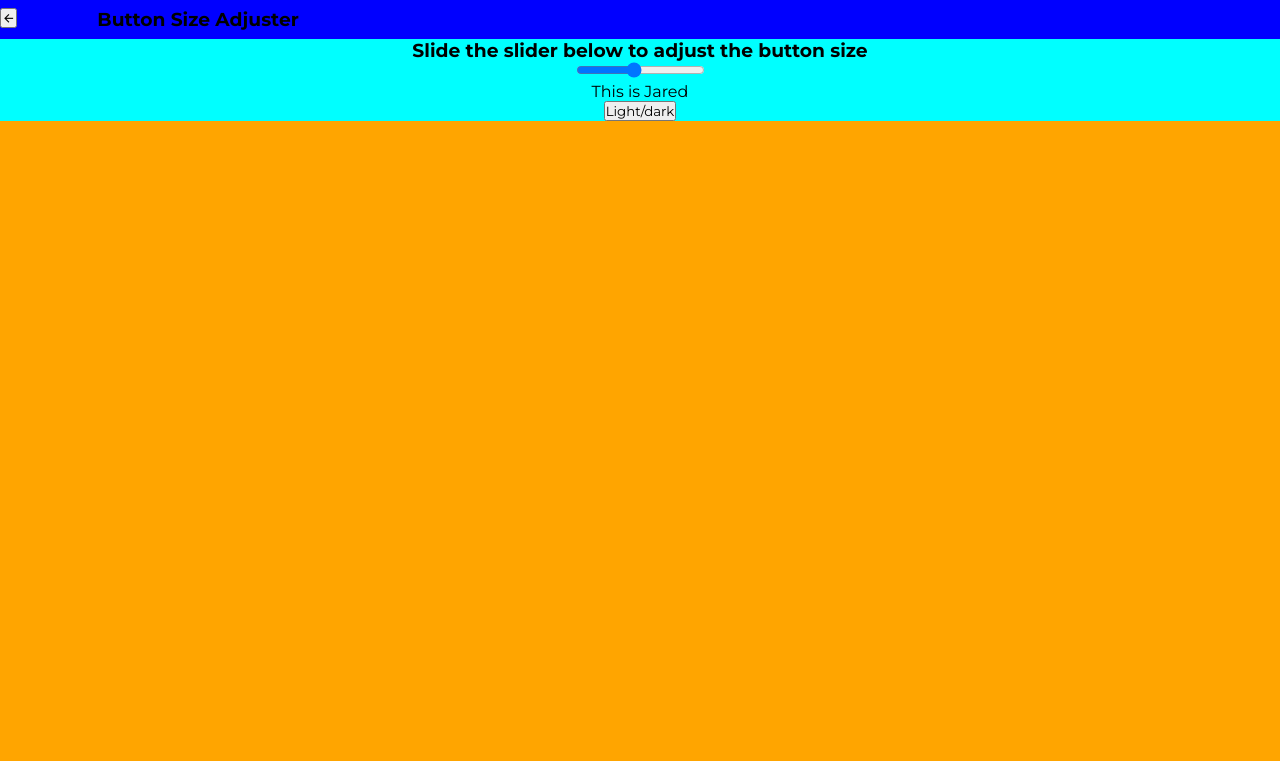
Repository: EguJaredoBoyd/Jared-Counter-App
Page: settings.html
These files come from the project's save history. The page is drawn as it stood at one moment and after the next save; the edit follows.
The browser window is 1280 px wide. The pictures show the whole page.
After loading, the first visible `#display-mode` was clicked once.

Above is the page before, as saved 2025-12-03 18:02:27.
Console error: TypeError: Cannot set properties of null (setting 'textContent')

After the next save:
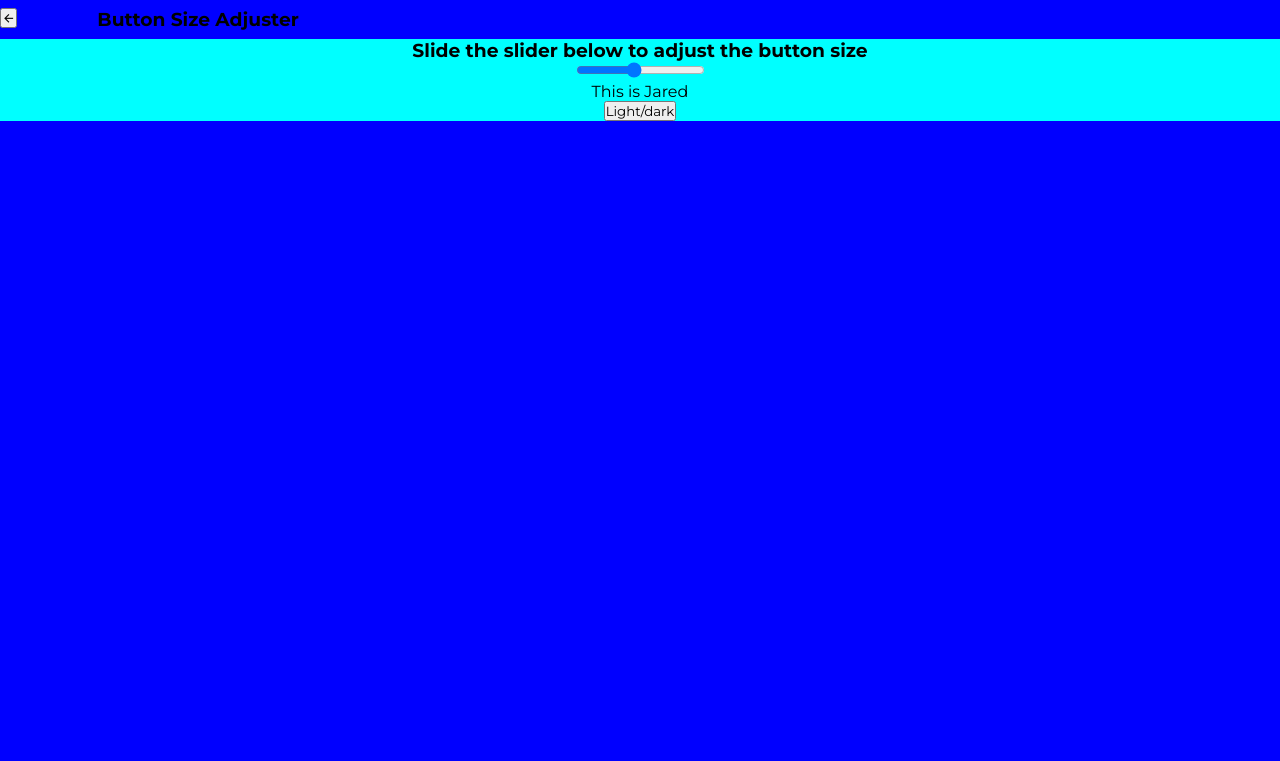
Saved 6 min 35 s later.
--- a/settings.js
+++ b/settings.js
@@ -24,8 +24,7 @@ fontSizeSlider.addEventListener('input', () => {
 
 //Switch to light or dark mode
 displayMode.addEventListener('click', () => {
-    const isLightOrDark = documentBody.classList.toggle('light-or-dark-mode');
-    document.querySelector('main').style.backgroundColor = 'orange';
+    const isLightOrDark = documentBody.classList.add('light-or-dark-mode');
     localStorage.setItem('light-or-dark-mode', isLightOrDark);
 
 })
